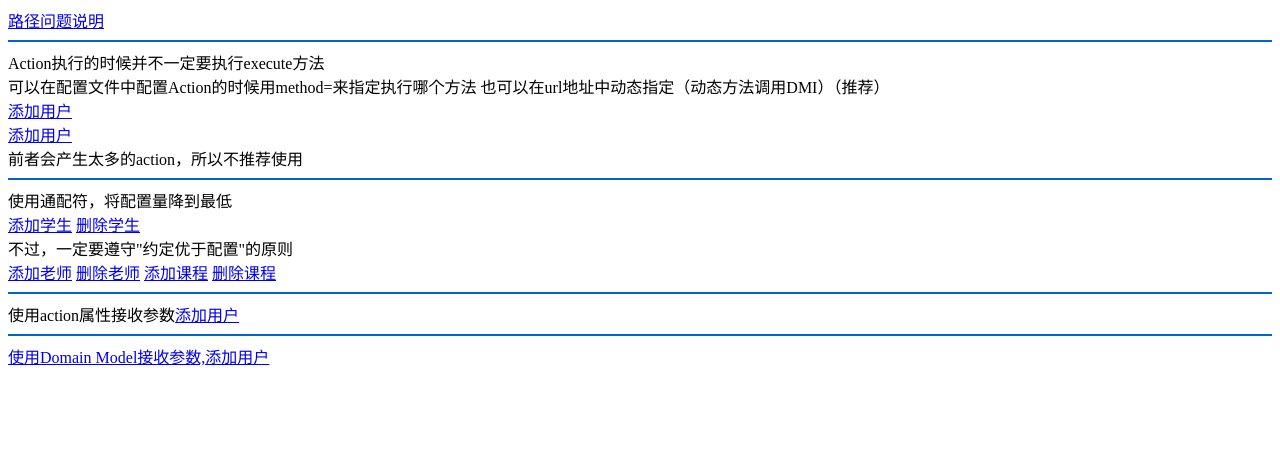
Repository: chellong/StrutsBasic
Page: http://localhost/Struts2.3Sx_1/
The author's editor kept a copy of each file at every save. The page is drawn from the files as they stood at one save, then again after the next save.
The browser window is 1280 px wide. The pictures show the whole page.
The page is served by Tomcat 9. Nobody is signed in. The application's start-up code is not run.

Above is the page before, as saved 2016-01-23 13:25:25.

After the next save:
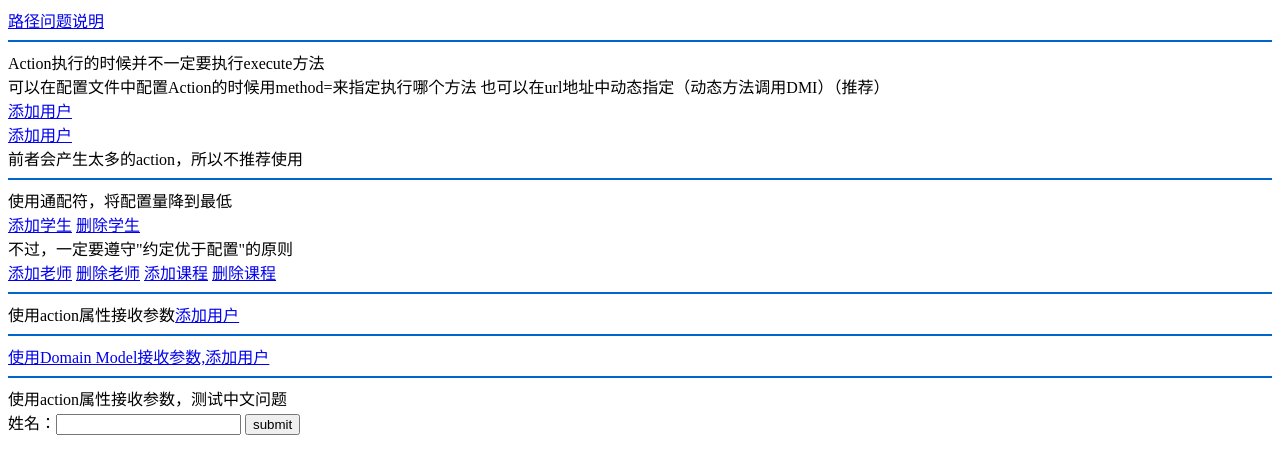
Saved 7 min 35 s later.
--- a/Struts2.3Sx_1/WebContent/index.jsp
+++ b/Struts2.3Sx_1/WebContent/index.jsp
@@ -46,5 +46,11 @@
 	<hr noshade color="#0066cc" />
 	<a href="user/user_008?user.name=a&user.age=8">使用Domain Model接收参数,添加用户</a>
 
+	<hr noshade color="#0066cc" />
+	使用action属性接收参数，测试中文问题
+	<form action="user/user!add" method="post">
+	姓名：<input type="text" name="name"></input>
+	<input type="submit" value="submit"/>
+</form>
 </body>
 </html>
